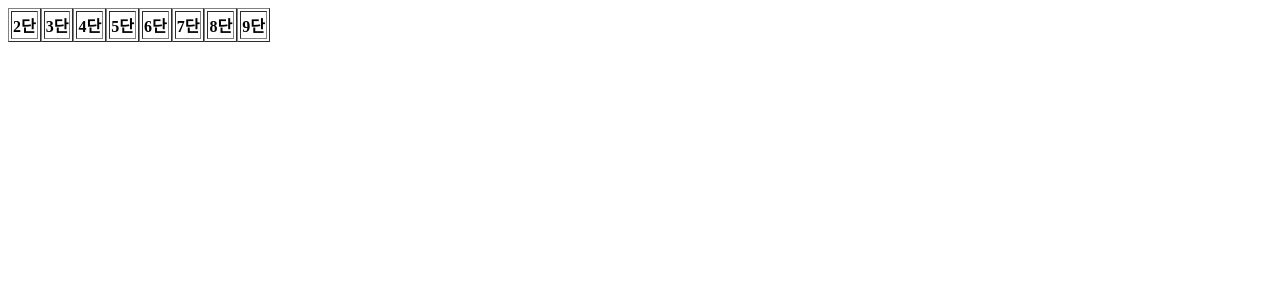
Repository: JooGit12/JavaJSP
Page: http://localhost/May18_1_JSP/gugudan.jsp
The author's editor kept a copy of each file at every save. The page is drawn from the files as they stood at one save, then again after the next save.
The browser window is 1280 px wide. The pictures show the whole page.
The page is served by Tomcat 9.

Above is the page before, as saved 2023-05-18 02:12:32.

After the next save:
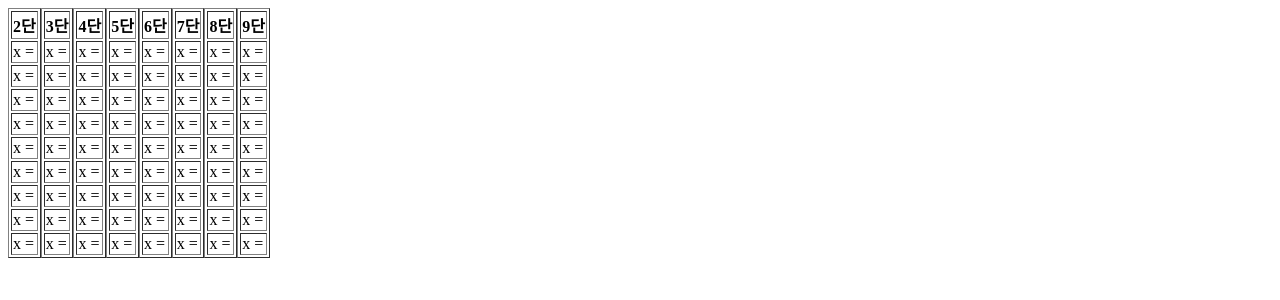
Saved 68 s later.
--- a/May08_3_MVCPattern/May18_1_JSP/src/main/webapp/gugudan.jsp
+++ b/May08_3_MVCPattern/May18_1_JSP/src/main/webapp/gugudan.jsp
@@ -21,7 +21,11 @@
 		</tr>
 		<%
 		for (int i = 1; i <= 9; i++) {
-
+		%>
+			<tr>
+				<td> x = </td>
+			</tr>
+		<%
 		}
 		%>
 	</table>
